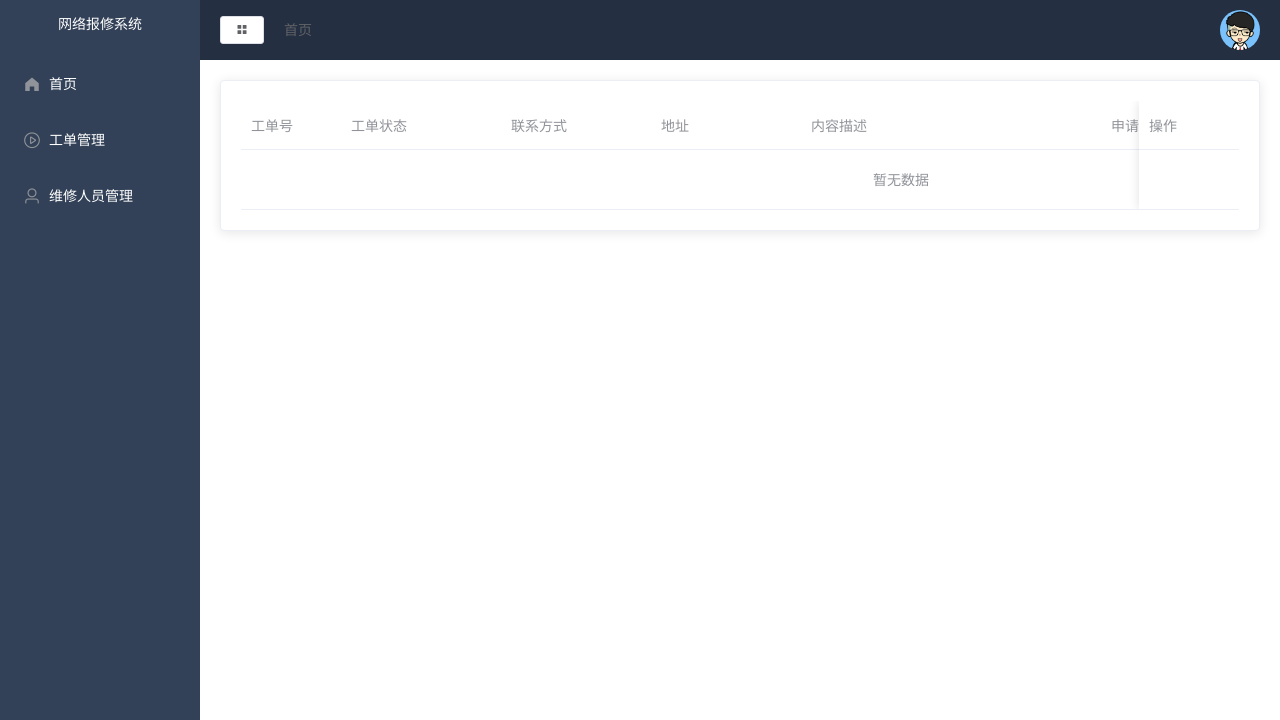
Repository: LtheW/vue
Page: /form
These files come from the project's save history. The page is drawn as it stood at one moment and after the next save; the edit follows.
The browser window is 1280 px wide. The pictures show the whole page.
The page's requests for data from a server got no answer. The project was rebuilt for these pictures with package versions that can differ from the ones it lists, and the page was loaded fresh each time. No one was signed in, and anything a server would have sent is missing. Also part of the build but not shown: vue.config.js, src/components/CommonTag.vue, src/views/Submit.vue, src/views/Maintainer/Add.vue.

Above is the page before, as saved 2022-03-31 16:33:31.

### src/main.js
import Vue from 'vue'
import App from './App.vue'
import router from './router'
import store from './store'
//引入element ui
import ElementUI from 'element-ui';
import 'element-ui/lib/theme-chalk/index.css';
import '@/assets/scss/reset.scss' //全局样式
import Axios from 'axios';//后台交互
import Antd from 'ant-design-vue';
import 'ant-design-vue/dist/antd.css';
import 'font-awesome/scss/font-awesome.scss'
Vue.prototype.$http=Axios
//defaults 设置全局默认路径
Axios.defaults.baseURL="/"

Vue.use(ElementUI,Antd);
Vue.config.productionTip = false

new Vue({
  router,
  store,
  render: h => h(App)
}).$mount('#app')

### src/router/index.js
import Vue from 'vue'
import VueRouter from 'vue-router'
import Main from '../views/Main.vue'
import Submit from'../views/Submit.vue'
import Maintainer_Add from'../views/Maintainer/Add.vue'
Vue.use(VueRouter)

const routes = [
  {
    path:'/login',
    name:'Login',
    component:()=>import('@/views/Login')
  },
  {

    path: '/',
    name: 'Main',
    component: Main,
    children: [
      {
        path: '/',
        name: 'search',
        component: () => import('@/views/About')
      },
      {
        path: '/form',
        name: 'form',
        component: () => import('@/views/Form/Form')
      },
      {
        path: '/home',
        name: 'home',
        component: () => import('@/views/Maintainer/Maintainer')
      },
      {
        path: '/submit',
        name: 'submit',
        component: Submit,
      },
      {
        path: '/maintainer_add',
        name: 'add',
        component: Maintainer_Add,
      },
    ]
    },


]

const router = new VueRouter({
  mode:'history',
  base: process.env.BASE_URL,
  routes
})

export default router

### src/views/Main.vue
<template>
  <el-container style="height: 100%">
    <el-aside width="auto" height="100%" ><common-aside></common-aside></el-aside>
    <el-container>
      <el-header>
        <common-header></common-header>

      </el-header>
      <el-main><router-view /></el-main>
    </el-container>
  </el-container>
</template>

<script>
import CommonAside from "../components/CommonAside.vue";
import CommonHeader from "../components/CommonHeader.vue";
import CommonTag from "../components/CommonTag.vue";
export default {
  name: "Main",
  components: { CommonAside, CommonHeader, CommonTag },
};
</script>
, CommonTab
<style lang="scss" scoped>
.el-header {
  background: #242F42;
}
.el-main {
  padding-top: 20rpx;
}
</style>

### src/views/Form/Form.vue
<template>
<el-card>
  <el-table
    :data="tableData"
    style="width: 100%"
    max-height="100%">
    <el-table-column
      fixed
      prop="workorderNumber"
      label="工单号"
      width="100">
    </el-table-column>
     <el-table-column
      prop="workorderState"
      label="工单状态"
      width="160">
    </el-table-column>
    <el-table-column
      prop="contactInformation"
      label="联系方式"
      width="150">
    </el-table-column>
    <el-table-column
      prop="address"
      label="地址"
      width="150">
    </el-table-column>
    <el-table-column
      prop="workorderContent"
      label="内容描述"
      width="300">
    </el-table-column>
    <el-table-column
      prop="initiationTime"
      label="申请时间"
      width="180">
    </el-table-column>

    <el-table-column
      prop="updateTime"
      label="上传时间"
      width="180">
    </el-table-column>
    <el-table-column
      fixed="right"
      label="操作"
      width="100">
      <template slot-scope="scope">
        <el-button
          @click="Booking(scope.row)"
          type="primary"
          size="small">
          查看
        </el-button>
      </template>
    </el-table-column>
  </el-table>
</el-card>
</template>

<script>
  export default {
    methods: {
      Booking(row) {
        console.log(row.workorderNumber);
        this.$router.push({name:'submit',params: {workorderNumber:row.workorderNumber}})
      }
    },
    data() {
      return {
        tableData: [
        ],
        state:["待维修","维修中","维修完成"]
      }
    },
    created(){

      this.$http({
				url: '/api/administer/orderlist',
				method: 'get',
				headers: { 'X-Requested-With': 'XMLHttpRequest' },
			}).then(res => {
				console.log('数据接收');
        this.tableData=res.data.data;
        for(var i=0;i<this.tableData.length;i++){
          this.tableData[i].workorderState=this.state[i]
        }
        console.log(res);
			});
    }
  }
</script>

### src/store/tab.js
export default{
    state:{
        isCollapse: false
    },
    mutations:{
        collapseMenu(state){
            state.isCollapse=!state.isCollapse
        }
    }
}

### src/components/CommonAside.vue
<template>
  <el-menu
    class="el-menu-vertical-demo"
    :collapse="isCollapse"
    background-color="#324157"
    text-color="#fff"
    active-text-color="#ffd04b"
  >
    <h3 v-show="!isCollapse">网络报修系统</h3>
    <h3 v-show="isCollapse">后台</h3>
    <el-menu-item
      :index="item.path"
      v-for="item in noChildren"
      :key="item.path"
      @click="clickMenu(item)"
    >
      <i :class="'el-icon-' + item.icon"></i>
      <span slot="title">{{ item.label }}</span>
    </el-menu-item>
    <el-submenu :index="item.label" v-for="item in hasChildren" :key="item.path">
      <template slot="title">
        <i :class="'el-icon-' + item.icon"></i>
        <span slot="title">{{ item.label }}</span>
      </template>
      <el-menu-item-group>
        <el-menu-item
          :index="subItem.path"
          v-for="(subItem, subIndex) in item.children"
          :key="subIndex"
          @click="clickMenu(item)"
        >
          <i :class="'el-icon-' + subItem.icon"></i>
          <span slot="title">{{ subItem.label }}</span>
        </el-menu-item>
      </el-menu-item-group>
    </el-submenu>
  </el-menu>
</template>

<script>
export default {
  data() {
    return {
      menu: [
        {
          path: "/",
          name: "search",
          label: "首页",
          icon: "s-home",
          url: "Maintainer/Maintainer",
        },
        {
          path: "/form",
          name: "form",
          label: "工单管理",
          icon: "video-play",
          url: "Form/Form",
        },
        {
          path: "/home",
          name: "home",
          label: "维修人员管理",
          icon: "user",
          url: "Home/Home",
        },
      ],
    };
  },
  methods: {
    // handleOpen(key, keyPath) {
    //   console.log(key, keyPath);
    // },
    // handleClose(key, keyPath) {
    //   console.log(key, keyPath);
    // },
    clickMenu(item) {
      this.$router.push({ name: item.name });
      this.$store.commit("selectMenu", item);
    },
  },
  computed: {
    noChildren() {
      return this.menu.filter((item) => !item.children);
    },
    hasChildren() {
      return this.menu.filter((item) => item.children);
    },
    isCollapse() {
      return this.$store.state.tab.isCollapse;
    },
  },
};
</script>

<style lang="scss" scoped>
.el-menu {
  height: 100%;
  border: none;
  h3 {
    color: #ffffff;
    text-align: center;
    line-height: 48px;
  }
}
.el-menu-vertical-demo:not(.el-menu--collapse) {
  width: 200px;
  min-height: 100vh;
}
</style>

### src/components/CommonHeader.vue
<template>
  <header>
    <div class="l-content">
      <el-button plain icon="el-icon-menu" size="mini" @click="handleMenu"></el-button>
      <el-breadcrumb>
        <el-breadcrumb-item :to="{ path: '/' }">首页</el-breadcrumb-item>
        <el-breadcrumb-item :to="current.path" v-if="current">{{
          current.label
        }}</el-breadcrumb-item>
      </el-breadcrumb>
    </div>
    <div class="r-content">
      <el-dropdown trigger="click" size="mini">
        <span class="el-dropdown-link">
          <img :src="userImg" class="user" />
        </span>
        <el-dropdown-menu slot="dropdown">
          <el-dropdown-item>个人中心</el-dropdown-item>
          <el-dropdown-item @click.native="logOut">退出</el-dropdown-item>
        </el-dropdown-menu>
      </el-dropdown>
    </div>
  </header>
</template>

<script>
import { mapState } from "vuex";
export default {
  data() {
    return {
      userImg: require("../assets/images/user.png"),
    };
  },
  methods: {
    handleMenu() {
      this.$store.commit("collapseMenu");
    },
    logOut() {
      this.$store.commit("clearToken");
      this.$store.commit("clearMenu");
      // location.reload();
      this.$router.push("/login");
    },
  },
  computed: {
    ...mapState({
      current: (state) => state.tab.currentMenu,
    }),
  },
};
</script>

<style lang="scss" scoped>
header {
  display: flex;
  height: 100%;
  align-items: center;
  justify-content: space-between;
}

.l-content {
  display: flex;
  align-items: center;
  .el-button {
    margin-right: 20px;
  }
}

.r-content {
  .user {
    width: 40px;
    height: 40px;
    border-radius: 50%;
  }
}
</style>

<style lang="scss">
.el-breadcrumb__item {
  .el-breadcrumb__inner {
    color: #666;
    font-weight: normal;
  }
  &:last-child {
    .el-breadcrumb__inner {
      color: white;
    }
  }
}
</style>

Loaded but not shown: public/index.html (common file); src/App.vue (common file); src/store/index.js (common file); src/assets/scss/reset.scss (common file)

After the next save:
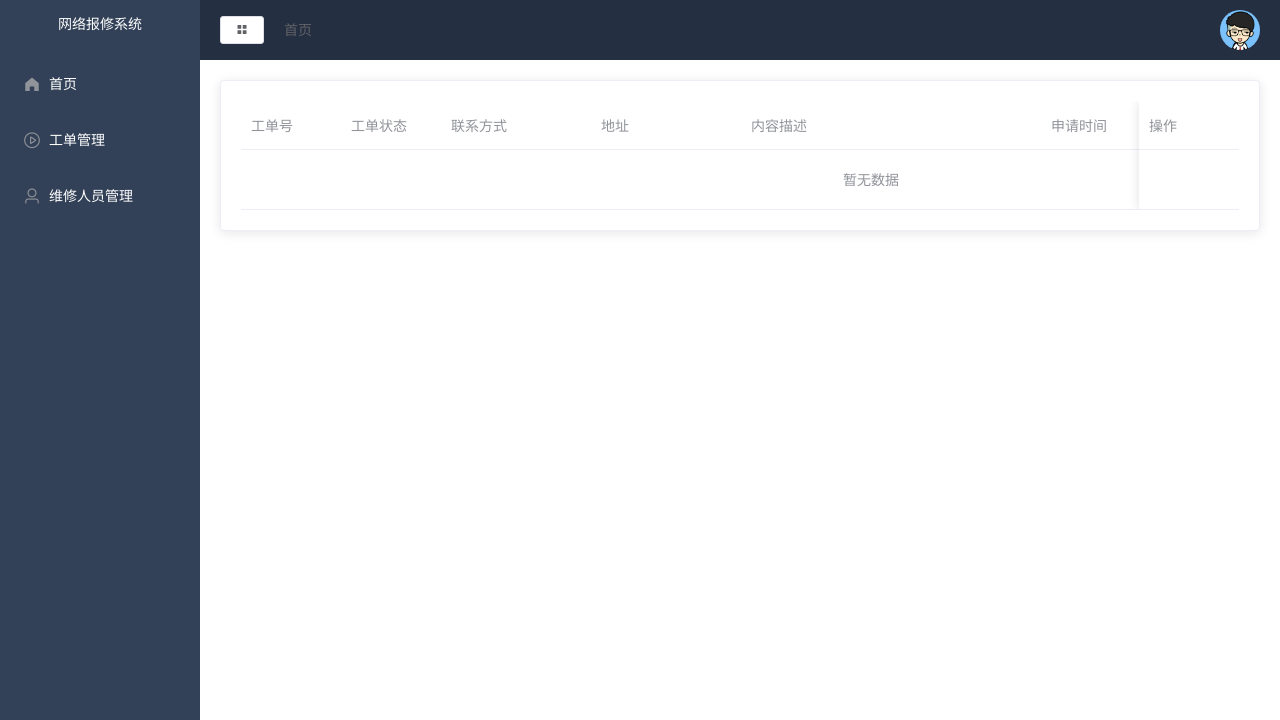
Saved 9 s later.
--- a/src/views/Form/Form.vue
+++ b/src/views/Form/Form.vue
@@ -13,7 +13,7 @@
      <el-table-column
       prop="workorderState"
       label="工单状态"
-      width="160">
+      width="100">
     </el-table-column>
     <el-table-column
       prop="contactInformation"
